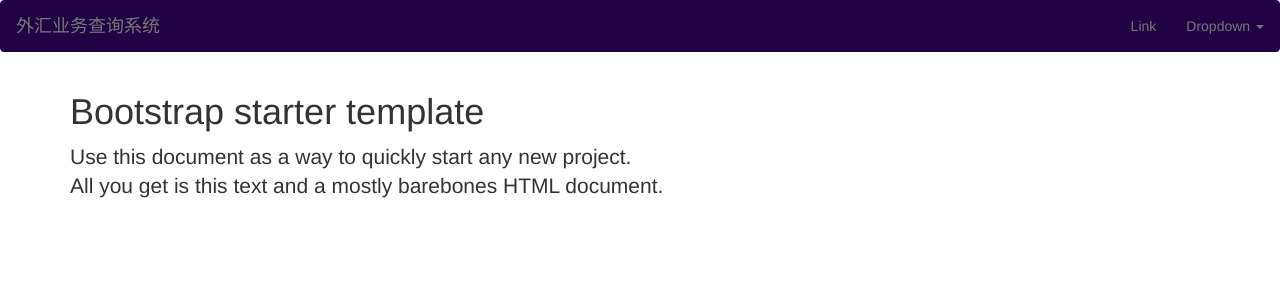
Repository: xyj4421/BG_demo
Page: BG_demo2/WebRoot/index2.html
These files come from the project's save history. The page is drawn as it stood at one moment and after the next save; the edit follows.
The browser window is 1280 px wide. The pictures show the whole page.

Above is the page before, as saved 2015-10-23 02:51:34.

After the next save:
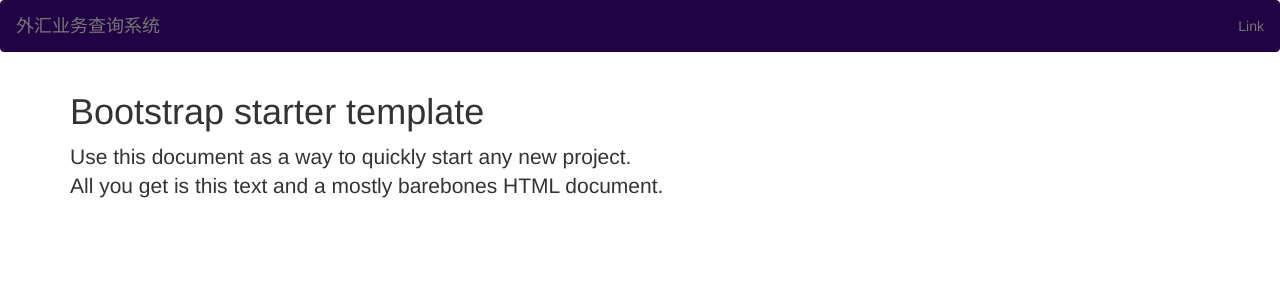
Saved 19 s later.
--- a/BG_demo2/WebRoot/index2.html
+++ b/BG_demo2/WebRoot/index2.html
@@ -55,7 +55,7 @@
        -->
       <ul class="nav navbar-nav navbar-right">
         <li><a href="#">Link</a></li>
-        <li class="dropdown">
+        <!-- <li class="dropdown">
           <a href="#" class="dropdown-toggle" data-toggle="dropdown" role="button" aria-haspopup="true" aria-expanded="false">Dropdown <span class="caret"></span></a>
           <ul class="dropdown-menu">
             <li><a href="#">Action</a></li>
@@ -65,6 +65,7 @@
             <li><a href="#">Separated link</a></li>
           </ul>
         </li>
+         -->
       </ul>
     </div><!-- /.navbar-collapse -->
   </div><!-- /.container-fluid -->
